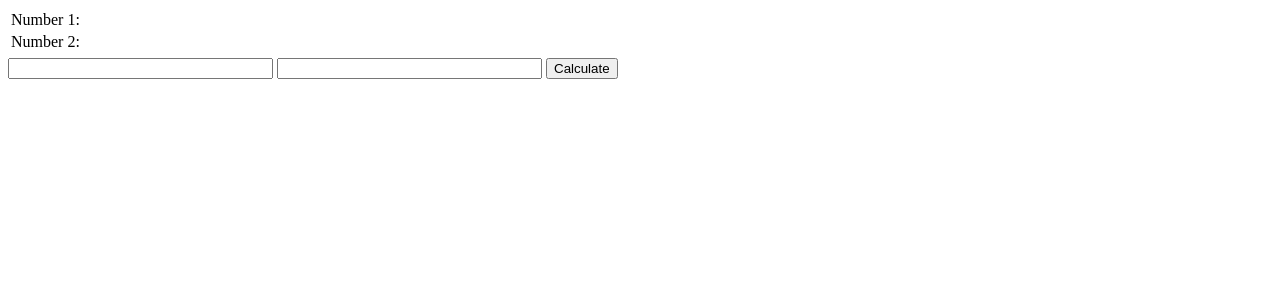
Repository: davidm15/FirstServlet
Page: http://localhost/Calculator/index.jsp
The author's editor kept a copy of each file at every save. The page is drawn from the files as they stood at one save, then again after the next save.
The browser window is 1280 px wide. The pictures show the whole page.
The page is served by Tomcat 9.

Above is the page before, as saved 2017-03-17 12:28:58.

After the next save:
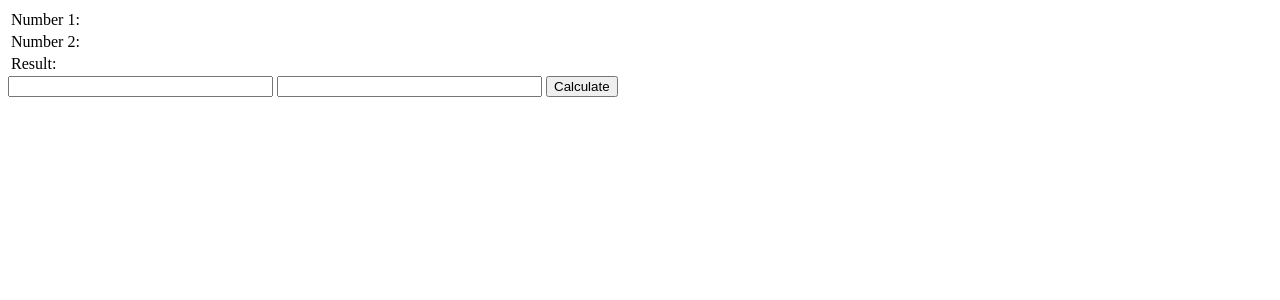
Saved 14 s later.
--- a/Calculator/WebContent/index.jsp
+++ b/Calculator/WebContent/index.jsp
@@ -24,7 +24,7 @@
 		</td>
 	</tr>
 	<tr>
-		<td>
+		<td colspan="2"> Result:
 		</td>
 		<td>
 		</td>
